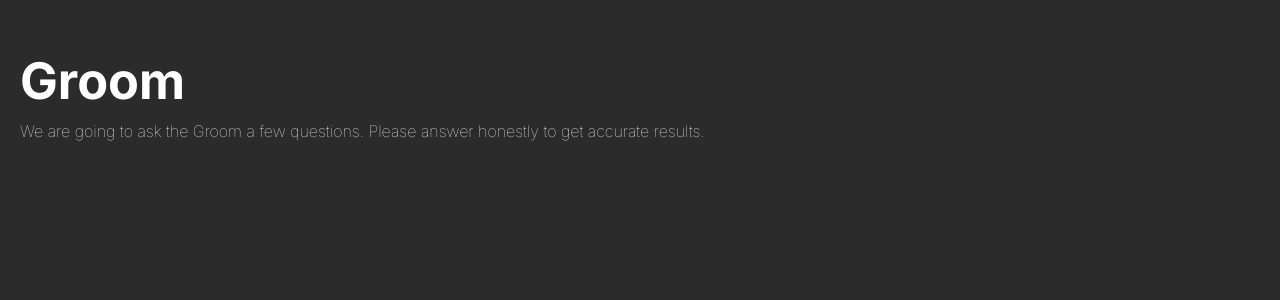
Repository: devhabeeblateef/tictactoe
Page: /
An editor plug-in stored every save of this project. The page is shown before and after a run of saves, followed by the edit.
The browser window is 1280 px wide. The pictures show the whole page.
The project was rebuilt for these pictures with package versions that can differ from the ones it lists, and the page was loaded fresh each time. Also part of the build but not shown: src/App.css.

Above is the page before, as saved 2022-06-17 01:03:12.

### src/App.js
import logo from './logo.svg';
import './App.css';
import Form from './Form';

function App() {
  return (
    <div>
      <Form/>
    </div>
  );
}

export default App;

### src/Form.js
import React from 'react'
import classes from './Home.module.css'

function Form() {
  return (
    <div>
        <h1 className={classes.home__header}>
            Groom
        </h1>
        <p className={classes.home__info}>
        We are going to ask the Groom a few questions.
        Please answer honestly to get accurate results.
        </p>


    </div>
  )
}

export default Form

### src/Home.module.css
@import url('https://fonts.googleapis.com/css2?family=Inter:wght@100;200;300;400;500;600;700;800;900&display=swap');

body
{
    background-color: #2b2b2b;
    color: #fff;
}

.home__header
{
    margin:50px 20px;
    font-size: 5ch;
    font-family: 'Inter', sans-serif;
    font-weight: bold;
}

.home__info
{
    font-family: 'Inter', sans-serif;
    font-weight: 100;
    margin: -40px 20px;
}

img
{
    width: 350px;
}

.button
{
    margin: 50px 20px;
}


.button__one
{
    background-color: #23A6FD;
    border-radius: 60px;
    border: none;
    padding:8px 30px;
    color: white;
    margin-right: 10px;
    font-family: 'Montserrat', sans-serif;
    cursor: pointer;
}

.button__two
{
    margin-left: 10px;
    background-color: transparent;
    border-radius: 60px;
    padding: 8px 30px;
    border: 2px solid #fff;
    color: white;
    font-family: 'Montserrat', sans-serif;
    cursor: pointer;
}

@media (max-width:400px){
.button__two
{
    margin: 20px 0;
    border-radius: 60px;

}
}

a
{
    color: #fff;
    text-decoration: none;
}

a:hover
{
    color: white;
}

Loaded but not shown: src/index.js (common file); src/index.css (common file); src/reportWebVitals.js (common file)

After the next 5 saves:
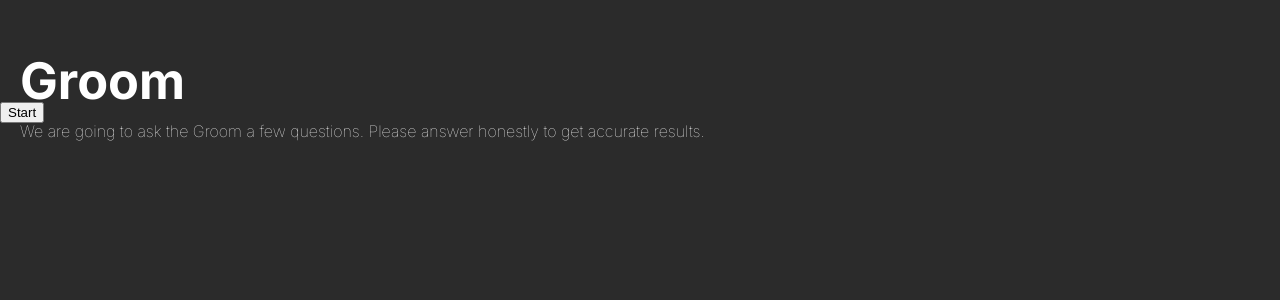
The 5 saves are shown as one change because they came seconds apart.
The last was saved 15 s later.
--- a/src/Form.js
+++ b/src/Form.js
@@ -12,7 +12,7 @@ function Form() {
         Please answer honestly to get accurate results.
         </p>
 
-
+        <button className=''>Start</button>
     </div>
   )
 }
